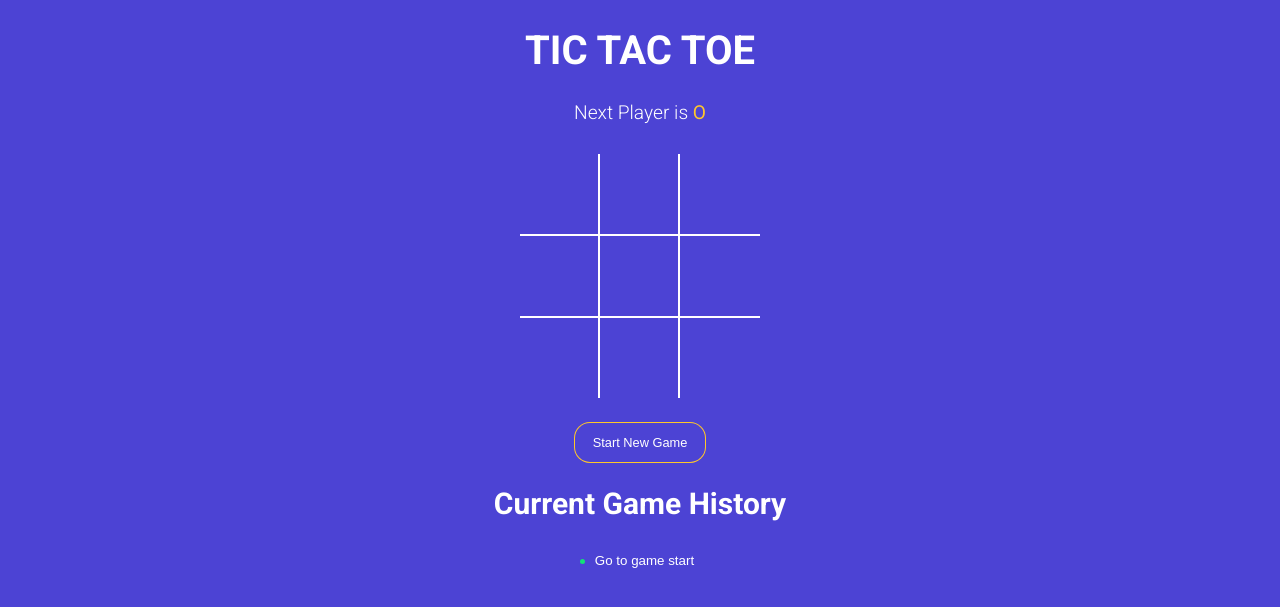
Repository: NoobAjay/tictactoe-game
Page: /
An editor plug-in stored every save of this project. The page is shown before and after the next save, followed by the edit.
The browser window is 1280 px wide. The pictures show the whole page.
The project was rebuilt for these pictures with package versions that can differ from the ones it lists, and the page was loaded fresh each time. Also part of the build but not shown: vite.config.js.

Above is the page before, as saved 2023-03-22 15:20:55.

After the next save:
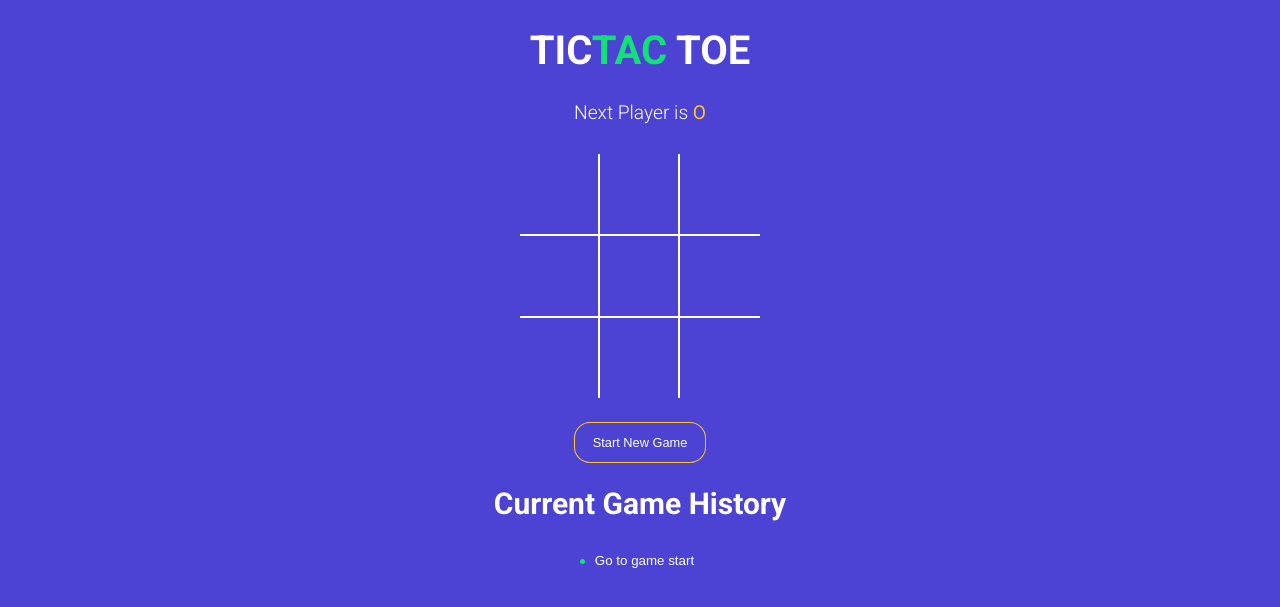
Saved 50 s later.
--- a/src/App.jsx
+++ b/src/App.jsx
@@ -59,7 +59,9 @@ function App() {
 
   return (
     <div className="app">
-      <h1>TIC TAC TOE</h1>
+      <h1>
+        TIC<span className="text-green">TAC</span> TOE
+      </h1>
       <StatusMessage winner={winner} gamingBoard={gamingBoard} />
       <Board
         squares={gamingBoard.squares}
